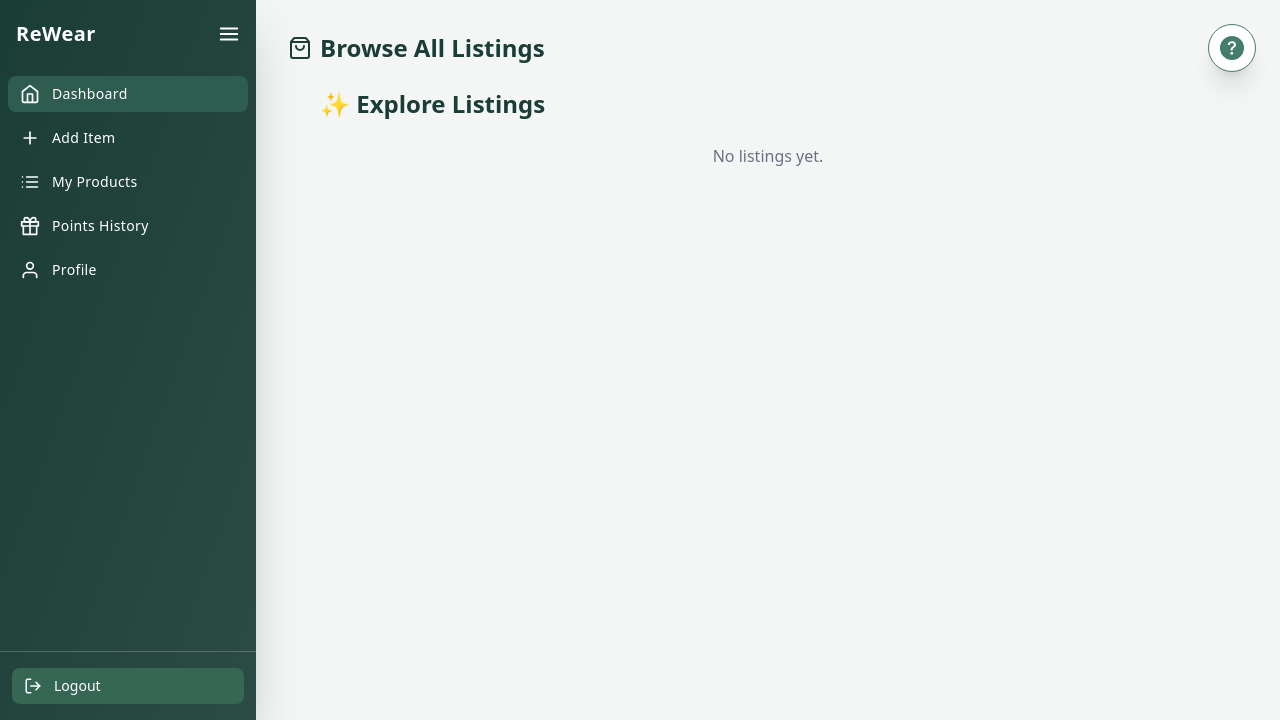
Repository: Swastikkkkk/vv
Page: /user (app in OneDrive/Desktop/Yuzichahal/frontend/)
These files come from the project's save history. The page is drawn as it stood at one moment and after the next save; the edit follows.
The browser window is 1280 px wide. The pictures show the whole page.
The page's requests for data from a server got no answer. The project was rebuilt for these pictures with package versions that can differ from the ones it lists, and the page was loaded fresh each time. No one was signed in, and anything a server would have sent is missing. Also part of the build but not shown: OneDrive/Desktop/Yuzichahal/frontend/vite.config.js, OneDrive/Desktop/Yuzichahal/frontend/src/components/Navbar.jsx, OneDrive/Desktop/Yuzichahal/frontend/src/components/Herosection.jsx, OneDrive/Desktop/Yuzichahal/frontend/src/components/CategoriesSection.jsx, OneDrive/Desktop/Yuzichahal/frontend/src/components/Footer.jsx, OneDrive/Desktop/Yuzichahal/frontend/src/components/LandingPage.jsx, OneDrive/Desktop/Yuzichahal/frontend/src/components/Particles.css, OneDrive/Desktop/Yuzichahal/frontend/src/components/Signup.jsx and 9 more.

Above is the page before, as saved 2025-07-12 14:10:07.

After the next save:
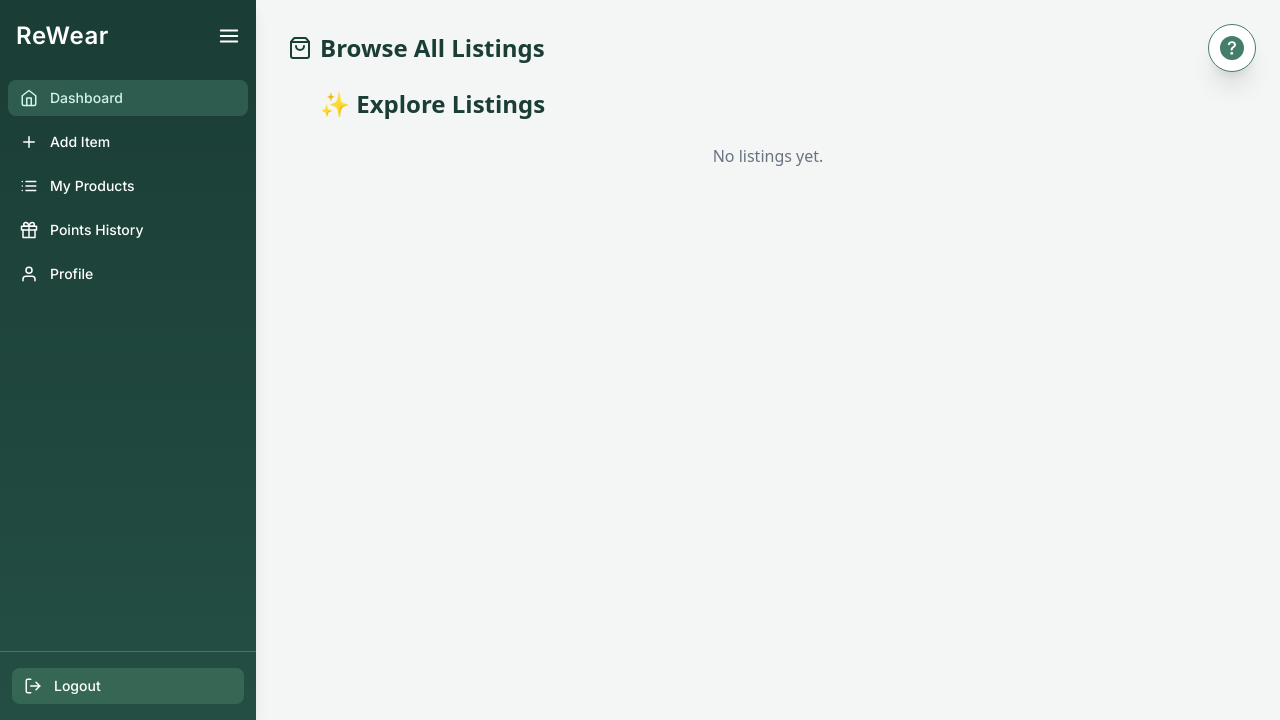
Saved 65 s later.
--- a/OneDrive/Desktop/Yuzichahal/frontend/src/components/user/Sidebar.jsx
+++ b/OneDrive/Desktop/Yuzichahal/frontend/src/components/user/Sidebar.jsx
@@ -82,7 +82,7 @@
 
 // export default Sidebar;
 import React, { useState } from 'react';
-import { NavLink, useNavigate } from 'react-router-dom';
+import { NavLink, useNavigate, Link } from 'react-router-dom';
 import {
   FiMenu,
   FiLogOut,
@@ -90,7 +90,7 @@ import {
   FiUser,
   FiHome,
   FiList,
-  FiGift,
+  FiGift
 } from 'react-icons/fi';
 
 const Sidebar = () => {
@@ -102,7 +102,7 @@ const Sidebar = () => {
     { label: 'Add Item', path: '/user/add', icon: <FiPlus /> },
     { label: 'My Products', path: '/user/my-products', icon: <FiList /> },
     { label: 'Points History', path: '/user/points', icon: <FiGift /> },
-    { label: 'Profile', path: '/user/profile', icon: <FiUser /> },
+    { label: 'Profile', path: '/user/profile', icon: <FiUser /> }
   ];
 
   const handleLogout = () => {
@@ -112,17 +112,21 @@ const Sidebar = () => {
 
   return (
     <div
-      className={`font-inter h-screen bg-gradient-to-br from-[#1a3d35] to-[#2c4b44] text-white shadow-2xl flex flex-col justify-between
-        transition-all duration-500 ease-in-out
-        ${collapsed ? 'w-[72px]' : 'w-64'}
-      `}
+      className={`h-screen bg-gradient-to-b from-[#1a3d35] to-[#244e44] text-white shadow-lg flex flex-col justify-between transition-all duration-500 ease-in-out ${
+        collapsed ? 'w-20' : 'w-64'
+      } font-[Inter]`}
     >
       {/* Top Section */}
       <div>
         {/* Logo & Collapse Toggle */}
         <div className="flex items-center justify-between px-4 py-5">
           {!collapsed && (
-            <h2 className="text-xl font-bold tracking-wide text-white">ReWear</h2>
+            <Link
+              to="/"
+              className="text-2xl font-bold tracking-wide text-white hover:text-[#c5f2e4] transition duration-200"
+            >
+              ReWear
+            </Link>
           )}
           <button
             onClick={() => setCollapsed(!collapsed)}
@@ -139,15 +143,17 @@ const Sidebar = () => {
               key={item.path}
               to={item.path}
               className={({ isActive }) =>
-                `flex items-center gap-3 px-3 py-2 rounded-lg transition-all duration-200
-                ${isActive ? 'bg-[#2e5c4f]' : 'hover:bg-[#2e5c4f]/70'}
-              `
+                `flex items-center gap-3 px-3 py-2 rounded-lg text-sm font-medium transition-all duration-200 cursor-pointer ${
+                  isActive
+                    ? 'bg-[#2e5c4f] text-[#d1f5e8]'
+                    : 'hover:bg-[#2e5c4f]/80 text-white hover:text-[#d9ffef]'
+                }`
               }
             >
-              <span className="text-xl">{item.icon}</span>
-              {!collapsed && (
-                <span className="text-sm font-medium tracking-wide">{item.label}</span>
-              )}
+              <span className="text-lg transition-transform duration-200 group-hover:scale-110">
+                {item.icon}
+              </span>
+              {!collapsed && <span>{item.label}</span>}
             </NavLink>
           ))}
         </nav>
@@ -157,7 +163,7 @@ const Sidebar = () => {
       <div className="px-3 py-4 border-t border-white/20">
         <button
           onClick={handleLogout}
-          className="w-full flex items-center gap-3 py-2 px-3 text-sm font-medium rounded-lg bg-[#366755] hover:bg-[#2f5c4d] transition-all"
+          className="w-full flex items-center gap-3 py-2 px-3 text-sm font-medium rounded-lg bg-[#366755] hover:bg-[#2f5c4d] transition-all duration-300 cursor-pointer"
         >
           <FiLogOut className="text-lg" />
           {!collapsed && <span>Logout</span>}
